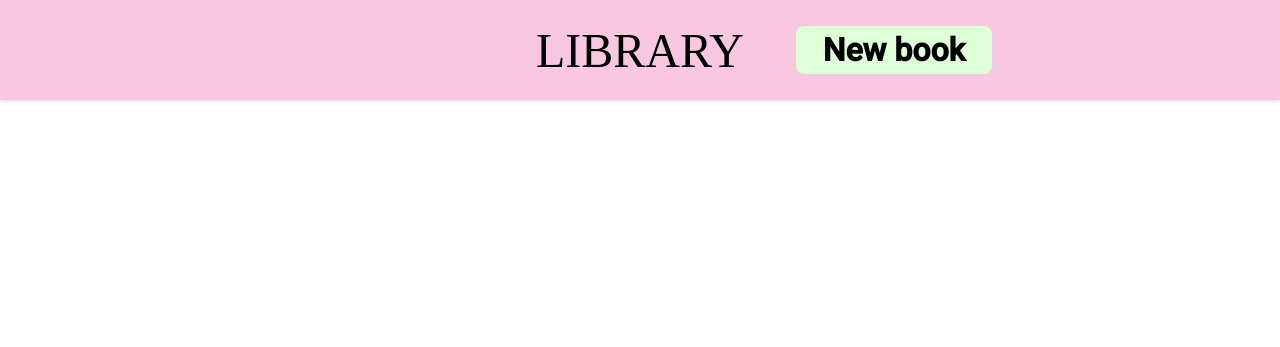
Repository: yeetzpxoci/library
Page: index.html
These files come from the project's save history. The page is drawn as it stood at one moment and after a run of saves; the edit follows.
The browser window is 1280 px wide. The pictures show the whole page.
Some web fonts or font styles are not loaded; a fallback is used.

Above is the page before, as saved 2023-02-21 15:07:01.

After the next 3 saves:
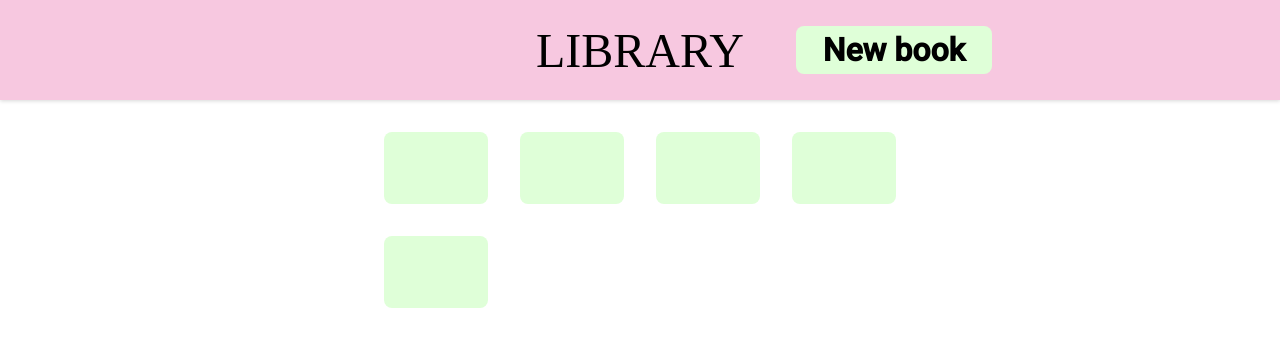
The 3 saves are shown as one change because they came seconds apart.
The last was saved 10 s later.
--- a/styles.css
+++ b/styles.css
@@ -49,7 +49,7 @@ body {
 
 .card {
     width: 100%;
-    height: 100%;
+    height: 72px;
     background-color: #DFFFD8;
     border-radius: 8px;
     border-width: 0px;
